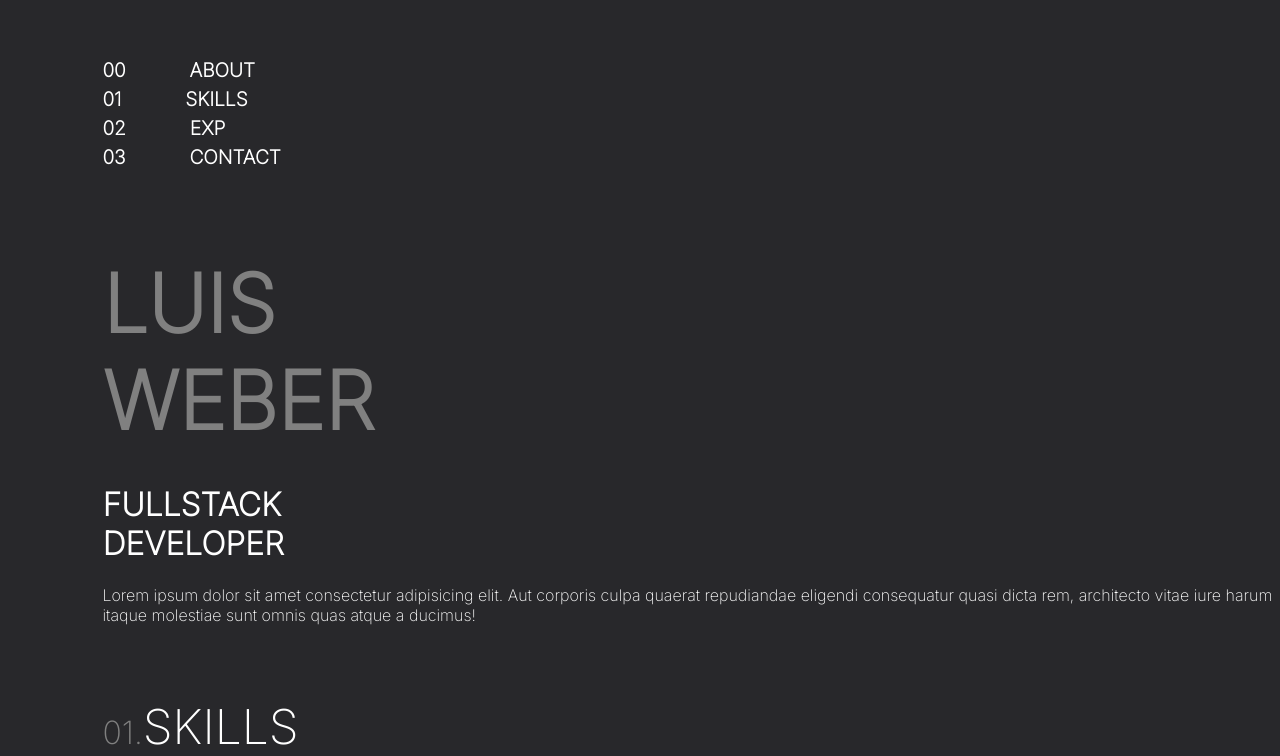
Repository: luiswh1/Portfolio
Page: /
An editor plug-in stored every save of this project. The page is shown before and after the next save, followed by the edit.
The browser window is 1280 px wide. The pictures show the whole page.
The project was rebuilt for these pictures with package versions that can differ from the ones it lists, and the page was loaded fresh each time.

Above is the page before, as saved 2023-05-28 15:06:11.

After the next save:
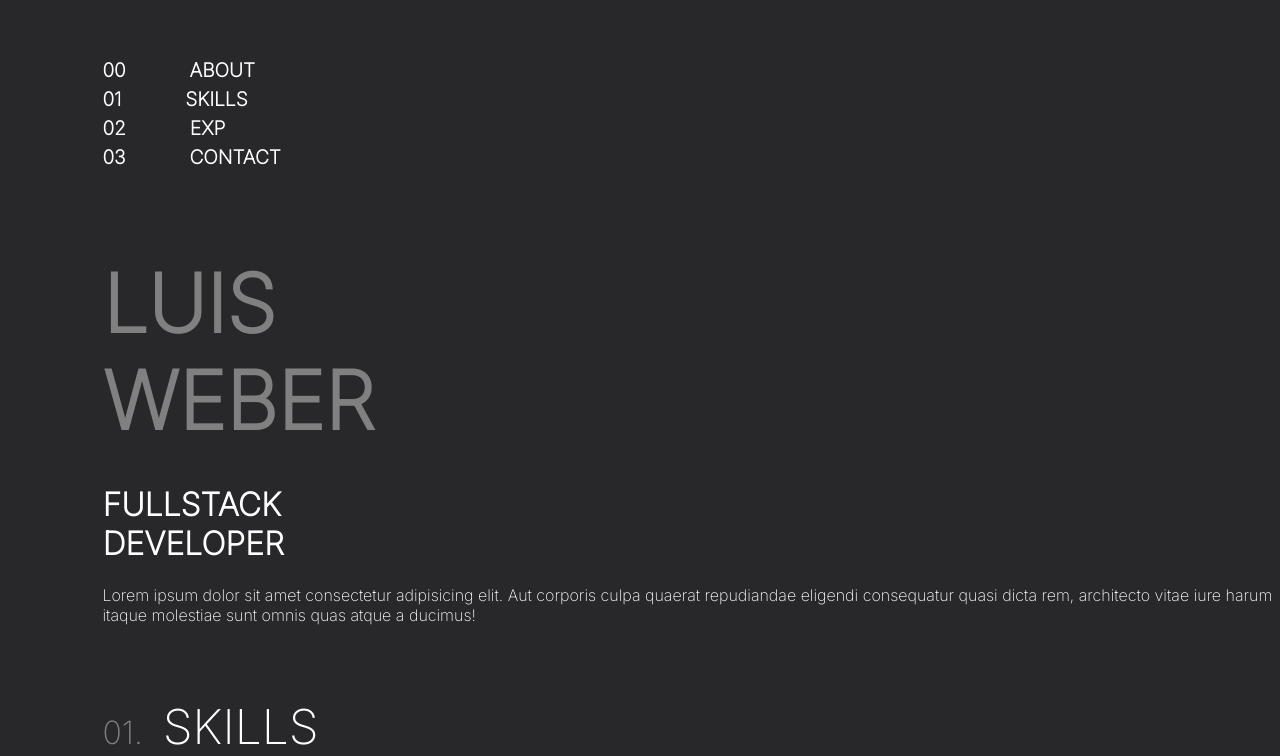
Saved 3 min 52 s later.
--- a/src/Pages/HomeStyles.tsx
+++ b/src/Pages/HomeStyles.tsx
@@ -33,11 +33,13 @@ margin-top: 10vh;
 `
 
 export const NumberIndex = styled.span`
-font-size: 2em;
-color: gray;
-`
+  font-size: 2em;
+  color: gray;
+  margin-right: 10px;
+`;
 
 export const IndexTitle = styled.span`
-font-size: 3em;
-color; white;
-`
+  font-size: 3em;
+  color: white;
+  margin-left: 10px;
+`;
